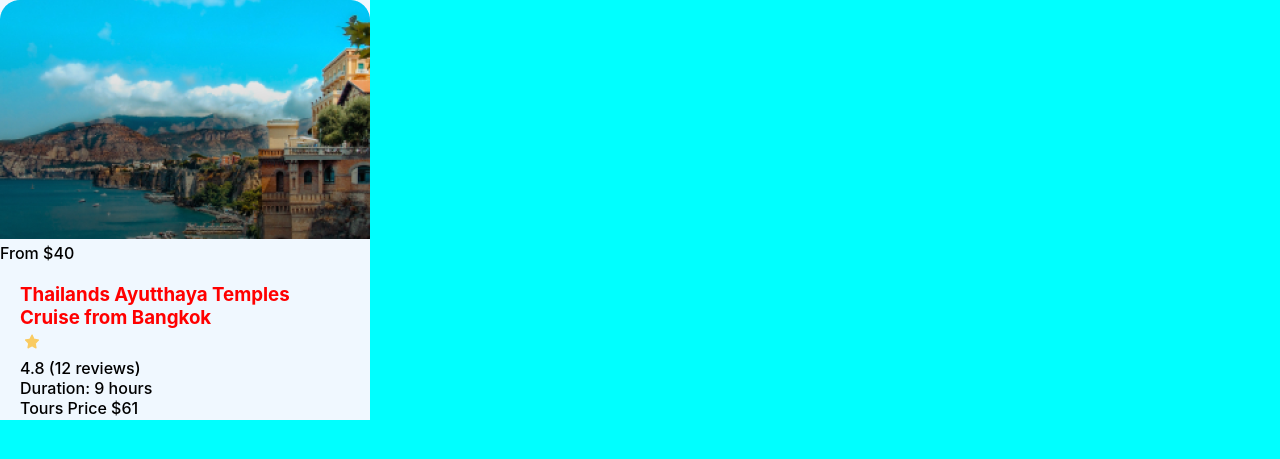
Repository: nguyentuankiet-k61/K_IT-demo
Page: index.html
An editor plug-in stored every save of this project. The page is shown before and after the next save, followed by the edit.
The browser window is 1280 px wide. The pictures show the whole page.
Some web fonts or font styles are not loaded; a fallback is used.

Above is the page before, as saved 2022-09-29 15:08:41.

### index.html
<!DOCTYPE html>
<html lang="en">
<head>
    <meta charset="UTF-8">
    <meta http-equiv="X-UA-Compatible" content="IE=edge">
    <meta name="viewport" content="width=device-width, initial-scale=1.0">
    <title>HTML CSS Master</title>
    <link rel = "preconnect" href = "https://fonts.googleapis.com">
    <link rel = "preconnect" href = "https://fonts.gstatic.com" crossorigin>
    <link href = "https: //fonts.googleapis.com/css2? family = Inter: wght @ 500; 600 & display = swap "rel =" stylesheet ">
    <link rel="stylesheet" href="./CSS/app.css">
</head>
<body>
 <div class="Tours">
    <div class="Tours_top">
        <img src="./image/image1.png" alt="this is a image"/>
        <span class="Tours_price">From $40</span>
    </div>
    <div class="Tours_content">
        <div class="Tours_title">
            <h3>Thailands Ayutthaya Temples
                Cruise from Bangkok</h3>
        </div>
        <div class="Tours_ratting">
            <div class="Tours_star">
                <img src="./image/img-star.png" alt="this is image"/>
            </div>
            <div class="Tours_review">
                4.8 (12 reviews)
            </div>
            <div class="Tours_duration">Duration: 9 hours

            </div>
        </div>
        <div class="Tours_botton">Tours Price $61</div>
    </div>

 </div>
</body>
</html>

### CSS/app.css
*{
    margin: 0;
    padding: 0;
    box-sizing: border-box;
}
body{
    background-color: aqua;
    font-family: 'Inter', sans-serif;
    font-weight: 500;

}
.Tours{
    width: 370px;
    height: 420px;
    background-color: aliceblue;
}
.Tours_content{
   padding: 20px 20px 14px 20px;
}
.Tours_title{
    color:red;
}

After the next save:
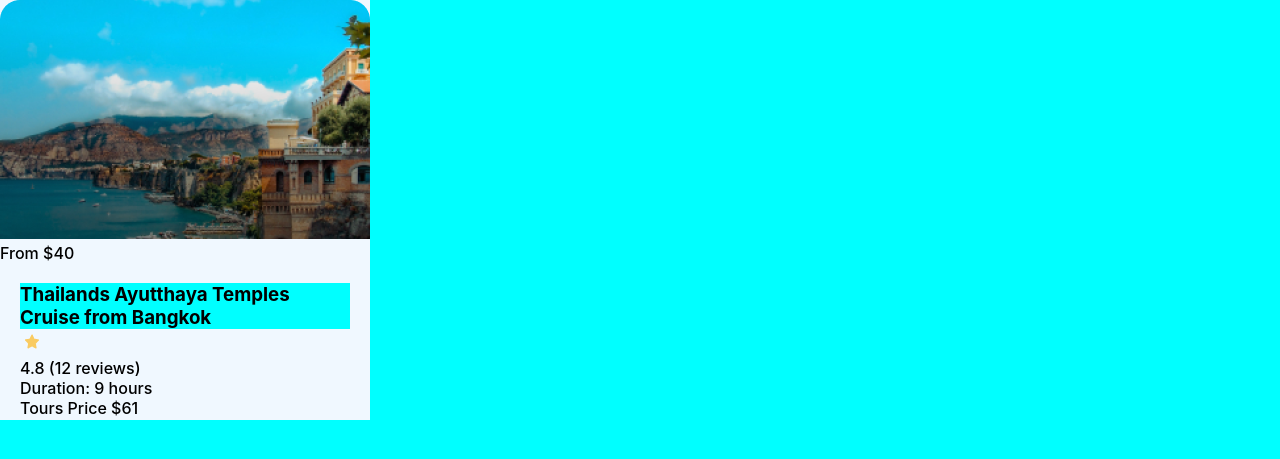
Saved 43 s later.
--- a/CSS/app.css
+++ b/CSS/app.css
@@ -18,5 +18,5 @@ body{
    padding: 20px 20px 14px 20px;
 }
 .Tours_title{
-    color:red;
+    background-color: aqua;
 }
